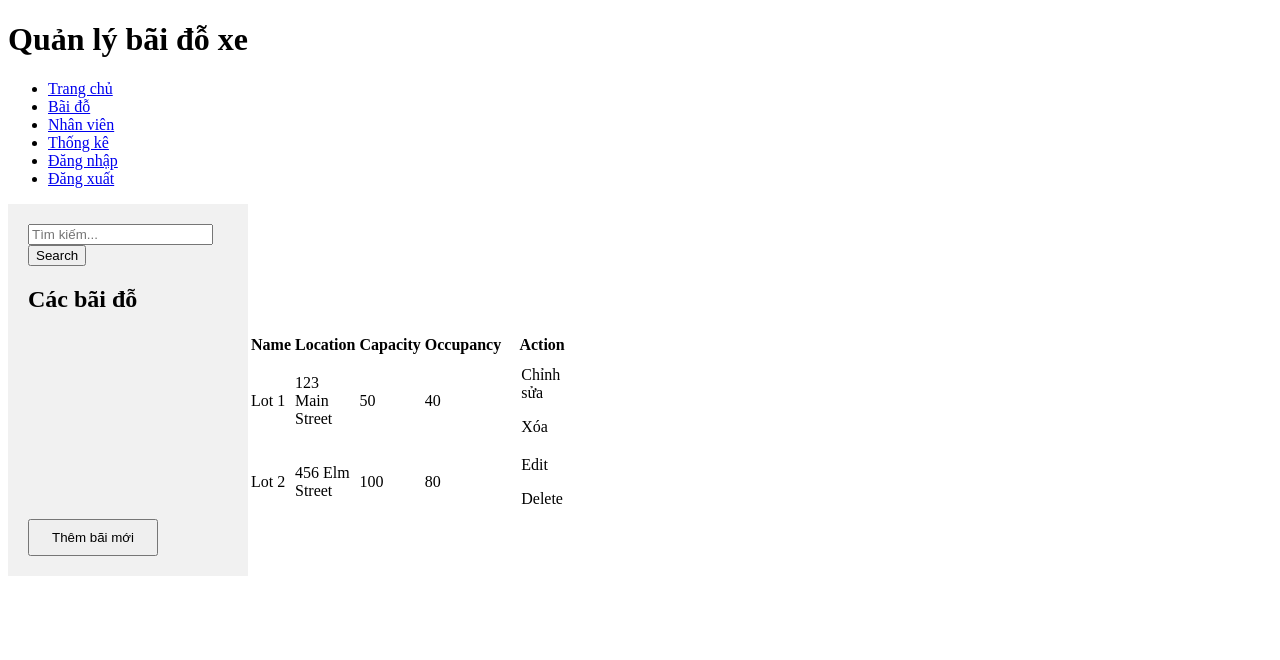
Repository: Truong02022002/thanhgpt
Page: http://localhost/Demo_cuoiky/
The author's editor kept a copy of each file at every save. The page is drawn from the files as they stood at one save, then again after the next save.
The browser window is 1280 px wide. The pictures show the whole page.
The page is served by Tomcat 9. Other server files are loaded and not shown. The template is opened directly, without the code that normally fills it, so the values that code supplies are empty.

Above is the page before, as saved 2023-03-23 15:24:03.

### Demo_cuoiky/src/main/webapp/index.jsp
<%@ page language="java" contentType="text/html; charset=UTF-8"
    pageEncoding="UTF-8"%>
<!DOCTYPE html>
<html>
<head>
<meta charset="UTF-8">
<title>Trang chủ</title>
<link rel="stylesheet" type="text/css" href="Css/Style.css">
</head>
<body>
	<header>
		<h1>Quản lý bãi đỗ xe</h1>
		<p>${nhanvien}</p>
		<nav>
			<ul>
				<li><a href="index.jsp">Trang chủ</a></li>
				<li><a href="IndexBaiDo">Bãi đỗ</a></li>
				<li><a href="IndexNhanVien">Nhân viên</a></li>
				<li><a href="IndexThongke.jsp">Thống kê</a></li>
				<li><a href="LogIn.jsp">Đăng nhập</a></li>
				<li><a href="index.jsp">Đăng xuất</a></li>
			</ul>
		</nav>
	</header>
	<main>
		<section>
			<div class="search">
				<input type="text" placeholder="Tìm kiếm...">
				<button>Search</button>
			</div>
			<h2>Các bãi đỗ</h2>
			<table>
				<thead>
					<tr>
						<th>Name</th>
						<th>Location</th>
						<th>Capacity</th>
						<th>Occupancy</th>
						<th>Action</th>
					</tr>
				</thead>
				<tbody>
					<tr>
						<td>Lot 1</td>
						<td>123 Main Street</td>
						<td>50</td>
						<td>40</td>
						<td>
							<a href="#">Chỉnh sửa</a>
							<a href="#">Xóa</a>
						</td>
					</tr>
					<tr>
						<td>Lot 2</td>
						<td>456 Elm Street</td>
						<td>100</td>
						<td>80</td>
						<td>
							<a href="#">Edit</a>
							<a href="#">Delete</a>
						</td>
					</tr>
				</tbody>
			</table>
			<div class="add">
				<button><a href="AddBaiDo.jsp">Thêm bãi mới</a></button>
			</div>
		</section>
	</main>
</body>
</html>

### Demo_cuoiky/src/main/webapp/Css/Style.css
@charset "UTF-8";
/* Global Styles Here */
		/*body {
			font-family: Arial, sans-serif;
			background-color: #f2f2f2;
			margin: 0;
			padding: 0;
		}
		header {
			background-color: #333;
			color: #fff;
			padding: 10px;
			display: flex;
			justify-content: space-between;
			align-items: center;
		}
		header h1 {
			margin: 0;
			padding: 0;
			font-size: 24px;
			font-weight: bold;
		}
		header nav ul {
			list-style-type: none;
			margin: 0;
			padding: 0;
			display: flex;
		}
		header nav li {
			margin-left: 20px;
		}
		header nav a {
			color: #fff;
			text-decoration: none;
			font-size: 16px;
			font-weight: bold;
			padding: 10px;
			border-radius: 5px;
		}
		header nav a:hover {
			background-color: #fff;
			color: #333;
		}
		main {
			width: 80%;
			margin: 0 auto;
			padding: 20px;
			background-color: #fff;
			border: 1px solid #ccc;
			box-shadow: 0 2px 4px rgba(0, 0, 0, 0.1);
			min-height: 500px;
		}
		.search {
			margin: 20px 0;
			display: flex;
			align-items: center;
		}
		.search input[type="text"] {
			flex-grow: 1;
			margin-right: 10px;
			padding: 10px;
			font-size: 16px;
			border-radius: 5px;
			border: 1px solid #ccc;
			background-color: #f9f9f9;
			color: #333;
			outline: none;
		}
		.search button {
			background-color: #333;
			color: #fff;
			padding: 10px;
			font-size: 16px;
			border: none;
			border-radius: 5px;
			cursor: pointer;
		}
		.search button:hover {
			background-color: #808080;
			color: #ffffff;
		}
		section {
            margin-top: 20px;
            margin-left: 20px;
        }

        h2 {
            margin-bottom: 10px;
        }

        table {
            border-collapse: collapse;
            width: 80%;
        }

        th, td {
            text-align: left;
            padding: 8px;
        }

        th {
            background-color: #333;
            color: white;
        }

        tr:nth-child(even){background-color: #f2f2f2}

        .add {
			margin: 20px 0;
			display: flex;
			align-items: center;
		}
        .add button {
			border: none;
			background-color: #000000;
			padding: 10px 20px;
			text-align: center;
			text-decoration: none;
			display: inline-block;
			border-radius: 5px;
			font-size: 16px;
			cursor: pointer;
		}
		.add button:hover {
			background-color: #808080;
		}
		.add button a:hover {
			color: #ffffff;
		}
		.add button a {
			color: #ffffff;
			text-decoration: none;
		}*/
		/* Style for the main container */
main {
  display: flex;
}

/* Style for the menu container */
section {
  background-color: #f1f1f1;
  width: 200px;
  padding: 20px;
}

/* Style for the menu items */
section a {
  display: block;
  color: black;
  padding: 8px 16px;
  text-decoration: none;
}

/* Style for the active menu item */
section a.active {
  background-color: #4CAF50;
  color: white;
}

/* Style for the content container */
table {
  margin-left: 220px;
}

After the next save:
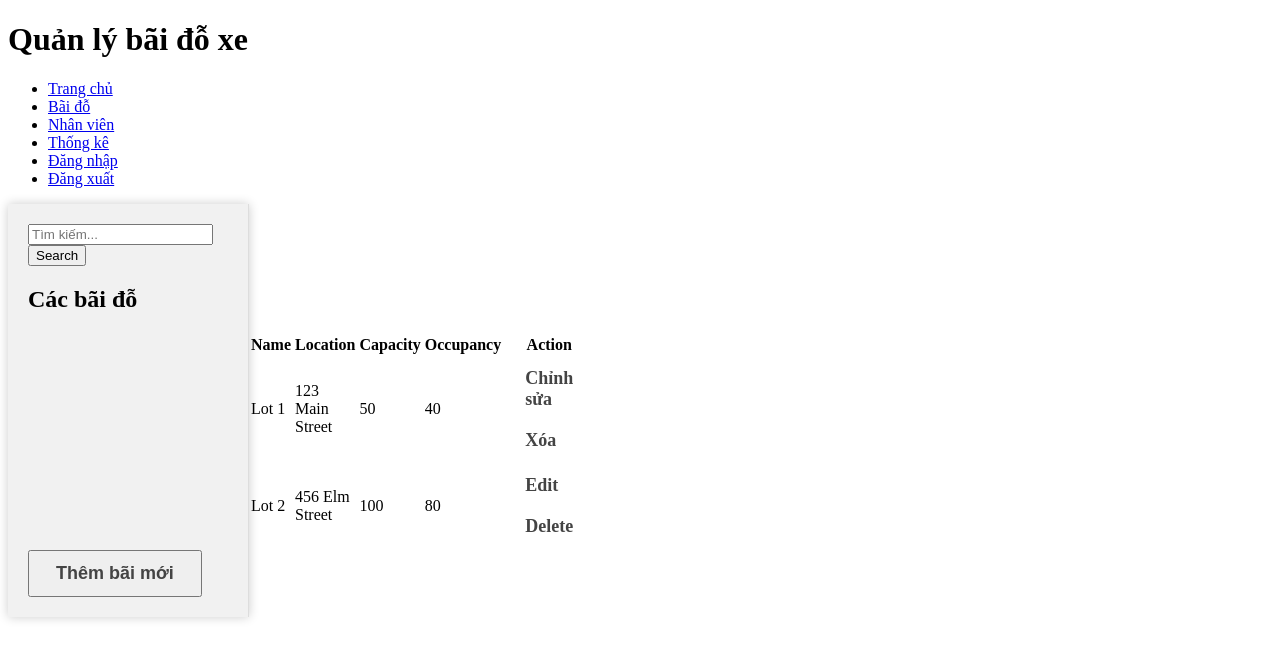
Saved 3 min 30 s later.
--- a/Demo_cuoiky/src/main/webapp/Css/Style.css
+++ b/Demo_cuoiky/src/main/webapp/Css/Style.css
@@ -132,6 +132,7 @@
 			text-decoration: none;
 		}*/
 		/* Style for the main container */
+/* Style for the main container */
 main {
   display: flex;
 }
@@ -141,14 +142,19 @@ section {
   background-color: #f1f1f1;
   width: 200px;
   padding: 20px;
+  border-right: 1px solid #ddd;
+  box-shadow: 0 0 10px rgba(0, 0, 0, 0.2);
 }
 
 /* Style for the menu items */
 section a {
   display: block;
-  color: black;
-  padding: 8px 16px;
+  color: #444;
+  font-size: 18px;
+  font-weight: bold;
+  padding: 10px 20px;
   text-decoration: none;
+  transition: all 0.3s ease;
 }
 
 /* Style for the active menu item */
@@ -161,3 +167,9 @@ section a.active {
 table {
   margin-left: 220px;
 }
+
+/* Hover effect on menu items */
+section a:hover {
+  background-color: #ddd;
+  color: #333;
+}
